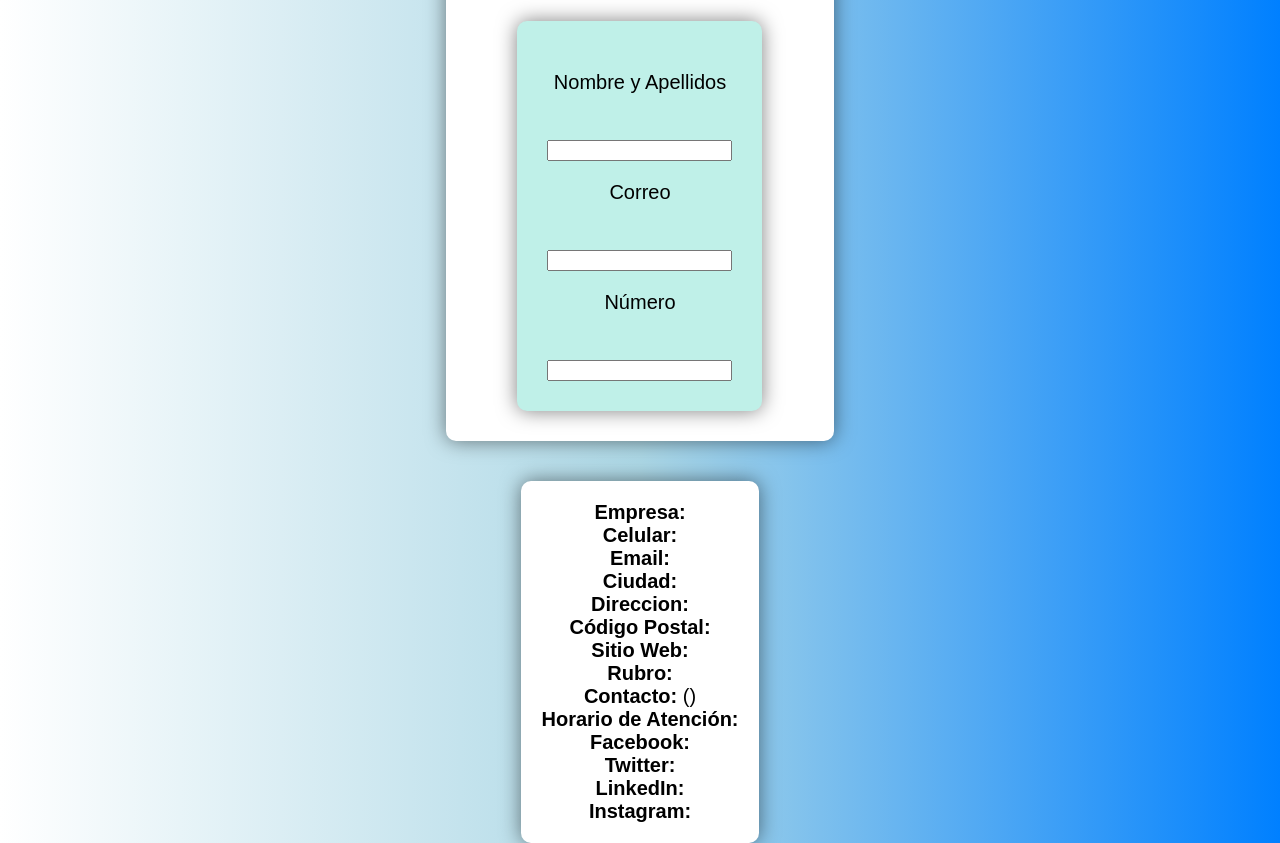
Repository: ANGELEDU141/TAREAWEBEWJASJDASJ
Page: http://localhost/JAVAWEBTAREA/WEB-INF/views/contenido.jsp
These files come from the project's save history. The page is drawn as it stood at one moment and after the next save; the edit follows.
The browser window is 1280 px wide. The pictures show the whole page.
The page is served by Tomcat 9. Nobody is signed in. The template is opened directly, without the code that normally fills it, so the values that code supplies are empty.

Above is the page before, as saved 2024-09-01 10:05:36.

After the next save:
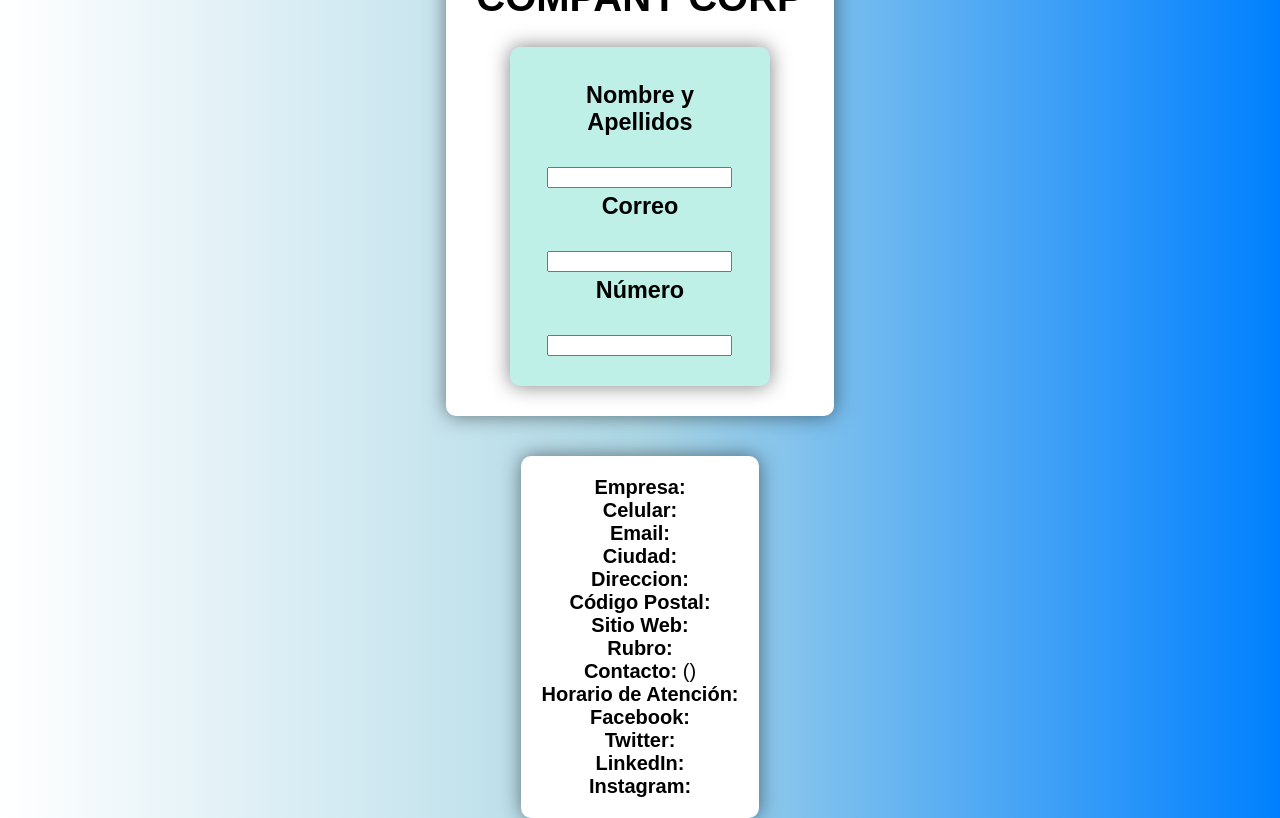
Saved 22 s later.
--- a/JAVAWEBTAREA/src/main/webapp/WEB-INF/views/contenido.jsp
+++ b/JAVAWEBTAREA/src/main/webapp/WEB-INF/views/contenido.jsp
@@ -82,11 +82,11 @@
 
         <div class="quest">
 
-        <p>Nombre y Apellidos</p><br>
+        <h3>Nombre y Apellidos</h3><br>
         <input>
-        <p>Correo</p><br>
+        <h3>Correo</h3><br>
         <input>
-        <p>Número</p><br>
+        <h3>Número</h3><br>
          <input>
 
 
